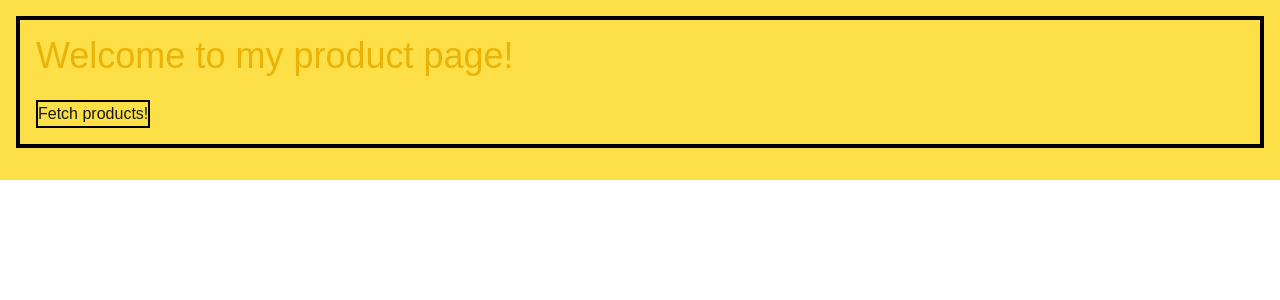
Repository: SamanthaYan298/MDIA-3126-Weds
Page: /api (app in webapp/)
An editor plug-in stored every save of this project. The page is shown before and after the next save, followed by the edit.
The browser window is 1280 px wide. The pictures show the whole page.
The project was rebuilt for these pictures with package versions that can differ from the ones it lists, and the page was loaded fresh each time. The framework's server and built-in components were replaced by stand-ins that run in the browser. Also part of the build but not shown: webapp/next.config.mjs.

Above is the page before, as saved 2024-10-09 12:52:19.

After the next save:
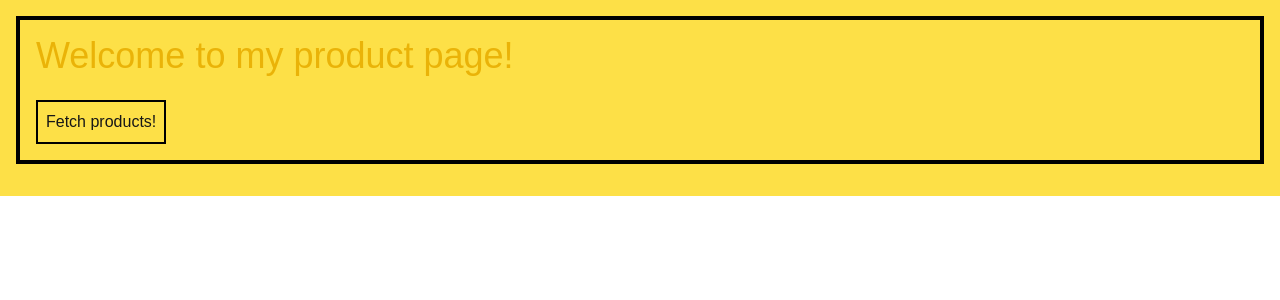
Saved 11 s later.
--- a/webapp/src/app/api/page.js
+++ b/webapp/src/app/api/page.js
@@ -13,7 +13,7 @@ export default function Page() {
         <div className="bg-yellow-300 p-4">
             <header className="border-4 border-black p-4 mb-4">
                 <h1 className="text-4xl mb-6 text-yellow-500">Welcome to my product page!</h1>
-                <button className="border-black border-2">
+                <button className="border-black border-2 p-2">
                     Fetch products!
                 </button>
             </header>
